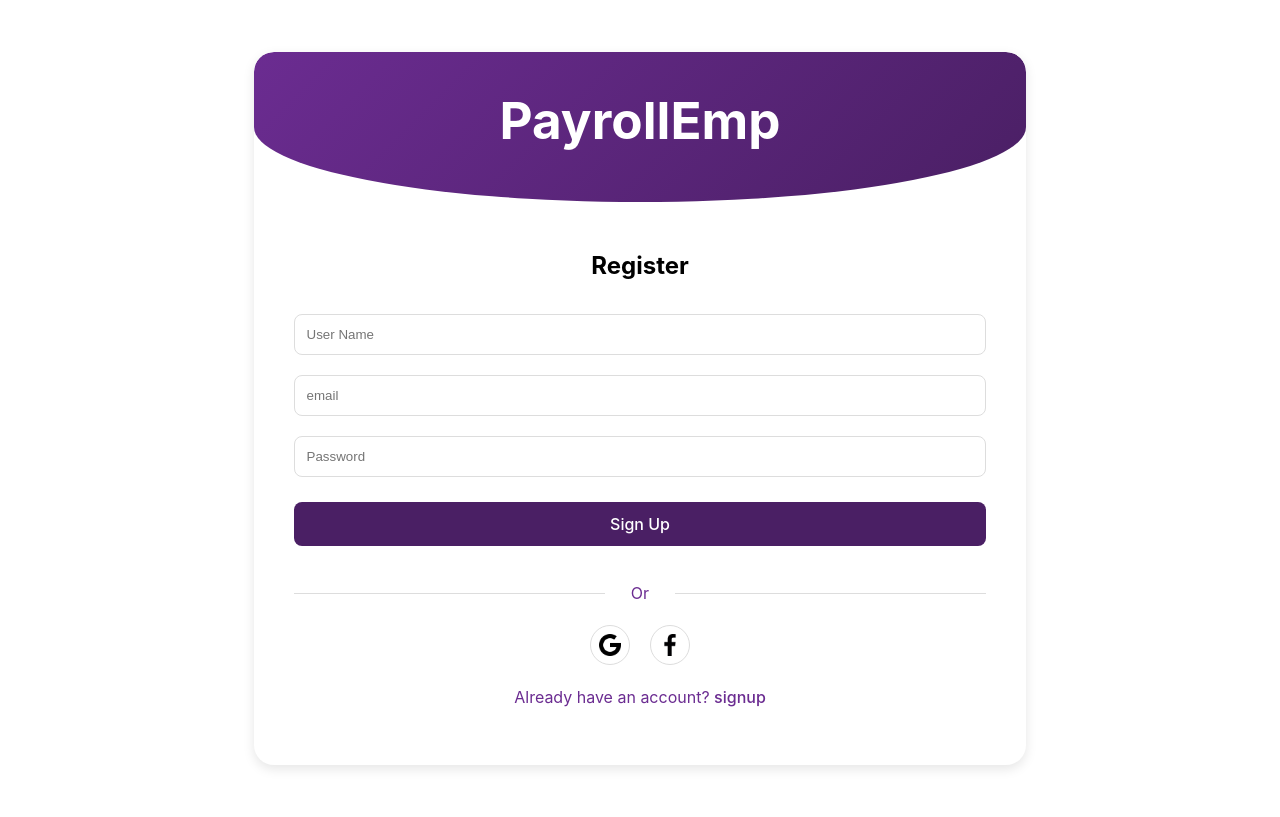
Repository: nino-pixel/payrolllatest
Page: /signup (app in web_vue/)
The author's editor kept a copy of each file at every save. The page is drawn from the files as they stood at one save, then again after a run of saves.
The browser window is 1280 px wide. The pictures show the whole page.
The project was rebuilt for these pictures with package versions that can differ from the ones it lists, and the page was loaded fresh each time. Also part of the build but not shown: web_vue/vite.config.js, web_vue/src/components/login_page.vue.

Above is the page before, as saved 2024-12-18 19:35:28.

After the next 3 saves:
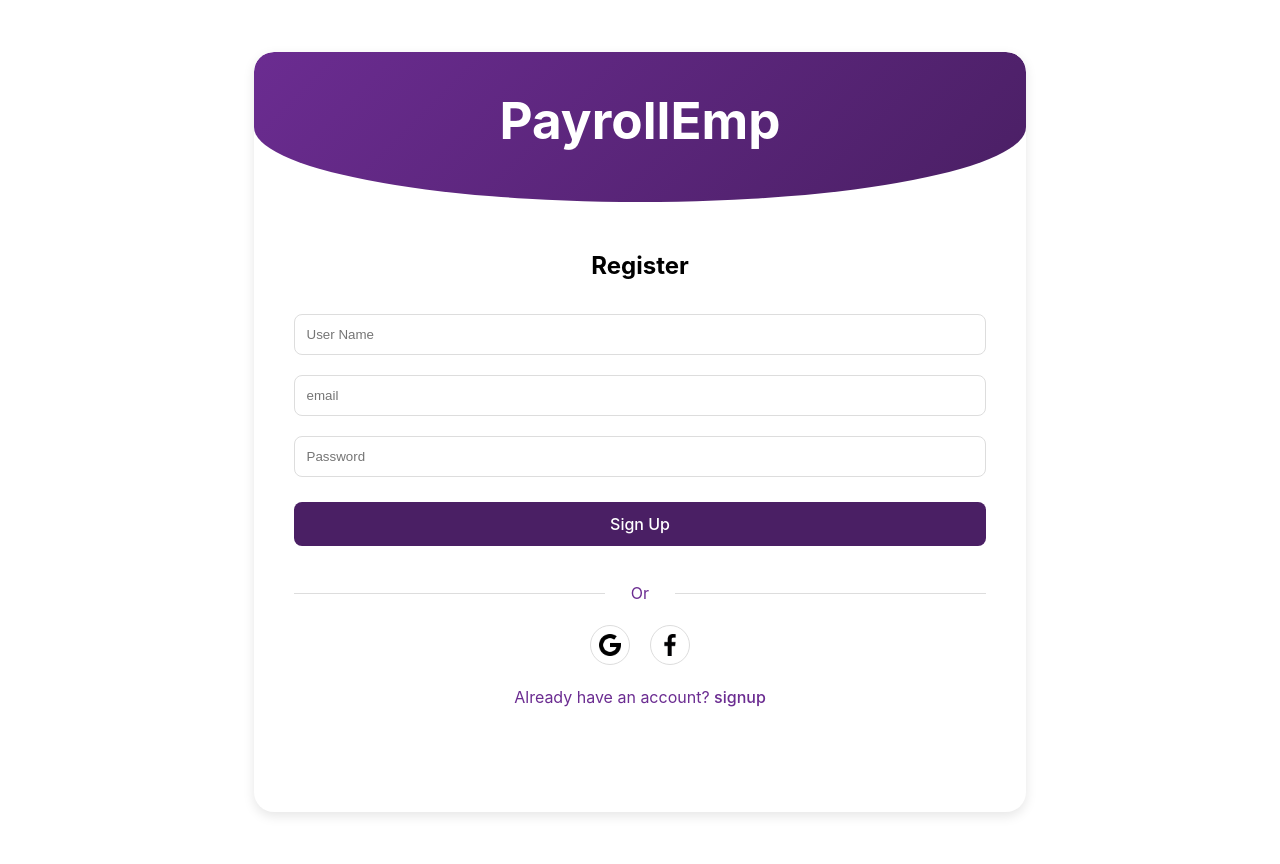
The 3 saves are shown as one change because they came seconds apart.
The last was saved 3 min 15 s later.
--- a/web_vue/src/components/sign_up.vue
+++ b/web_vue/src/components/sign_up.vue
@@ -96,6 +96,7 @@ body {
 
 .signup-container {
     position: relative;
+    min-height: 100vh;  /* Changed from max-width to min-height */
     margin: 20px auto;
     padding: 20px;
     background: white;
